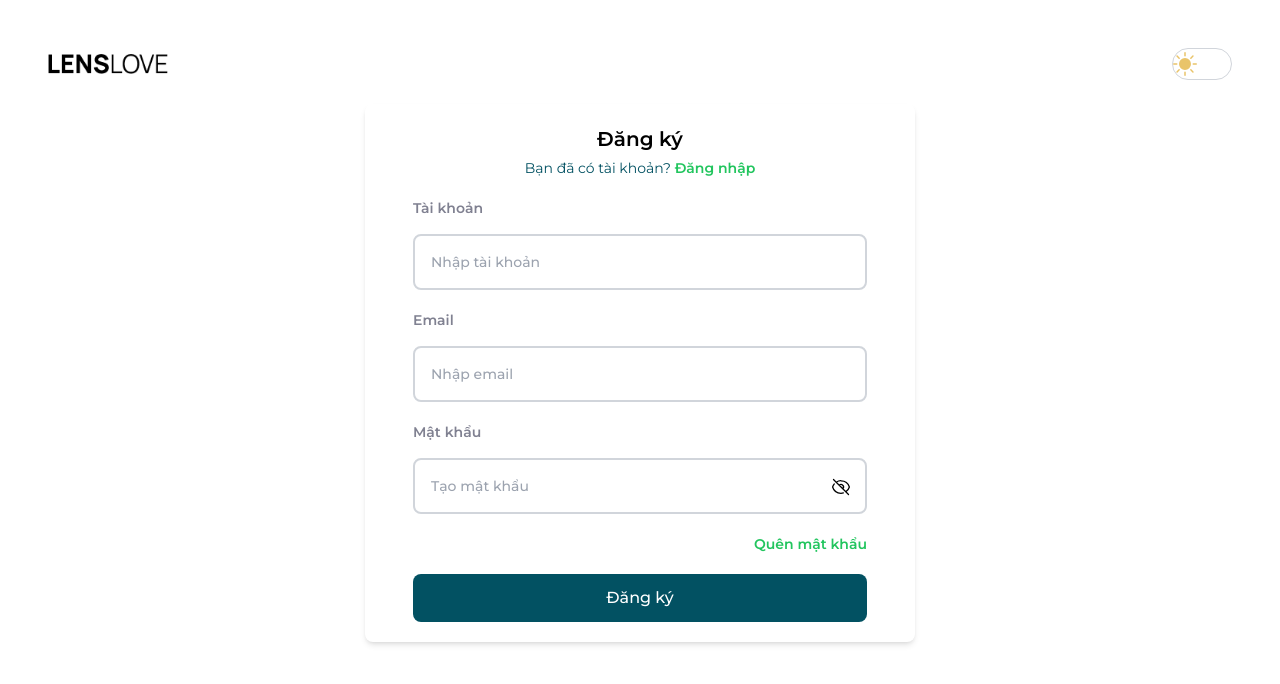
Repository: thienthanhvinh/glasses-react
Page: /sign-up
An editor plug-in stored every save of this project. The page is shown before and after the next save, followed by the edit.
The browser window is 1280 px wide. The pictures show the whole page.
The project was rebuilt for these pictures with package versions that can differ from the ones it lists, and the page was loaded fresh each time. Also part of the build but not shown: src/App.css, src/components/category/Category.js, src/components/common/Heading.js, src/components/intro/Intro.js, src/components/sales/SpringSales.js, src/components/navbar/Navbar.js, src/layout/LayoutMenu.js, src/modules/GlassesGrid.js and 7 more.

Above is the page before, as saved 2023-02-13 10:35:46.

After the next save:
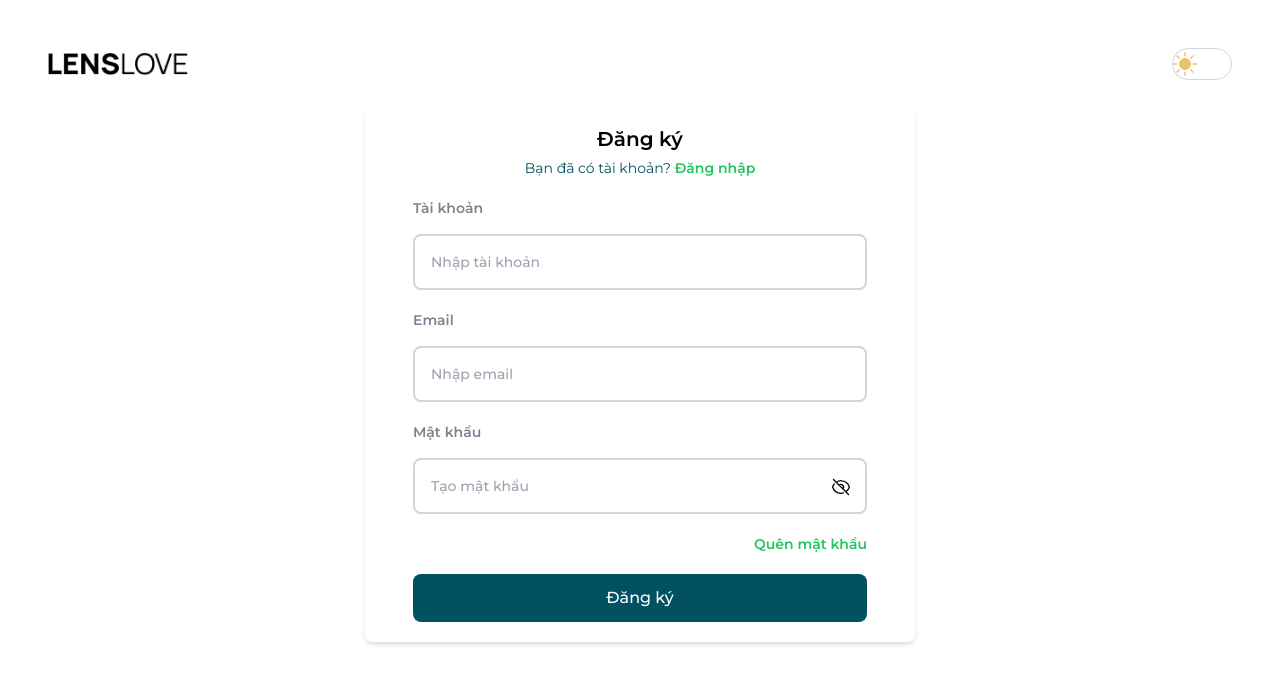
Saved 13 s later.
--- a/src/layout/LayoutAuthentication.js
+++ b/src/layout/LayoutAuthentication.js
@@ -28,7 +28,7 @@ const LayoutAuthentication = ({ heading, question, children }) => {
           <img
             src="/logo.png"
             alt=""
-            className="w-[120px] h-auto object-cover"
+            className="w-[140px] h-auto object-cover"
           />
         </Link>
         <label
